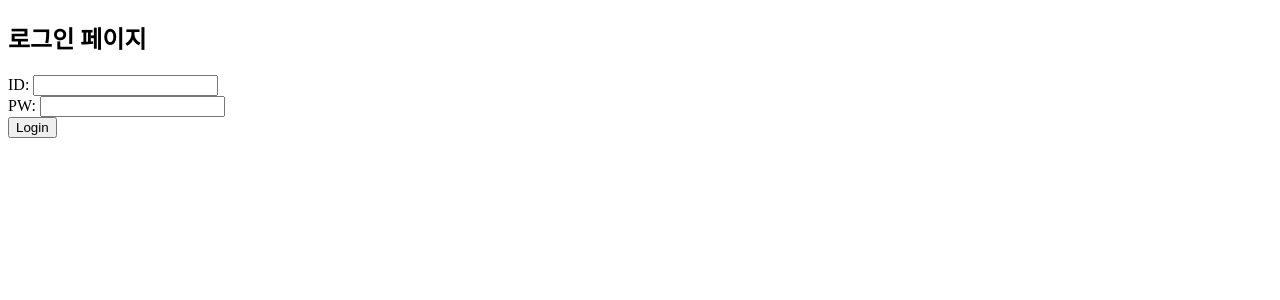
Repository: Jadedvst/Java_JSP-Servlet
Page: http://localhost/MustHaveJSP/JSMission/mission7/BoardLoginSession/LoginForm.jsp
The author's editor kept a copy of each file at every save. The page is drawn from the files as they stood at one save, then again after the next save.
The browser window is 1280 px wide. The pictures show the whole page.
The page is served by Tomcat 10.

Above is the page before, as saved 2023-12-15 06:58:13.

After the next save:
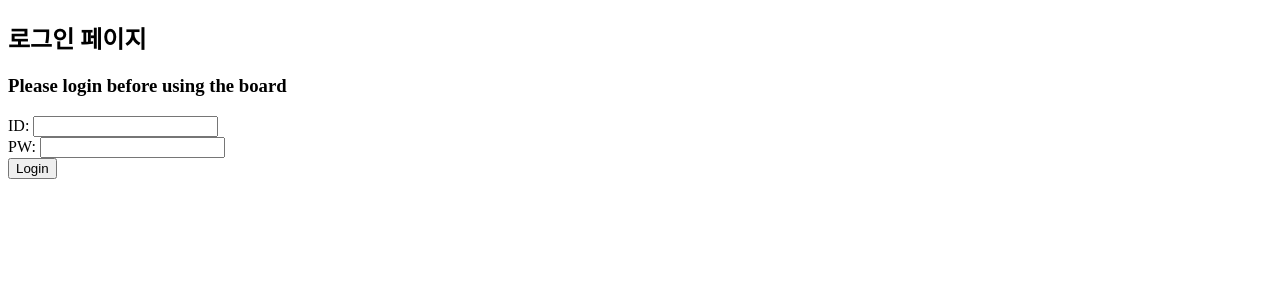
Saved 5 min 36 s later.
--- a/MustHaveJSP/src/main/webapp/JSMission/mission7/BoardLoginSession/LoginForm.jsp
+++ b/MustHaveJSP/src/main/webapp/JSMission/mission7/BoardLoginSession/LoginForm.jsp
@@ -14,10 +14,10 @@
 	</span>
 	<%
 	//Login check
-	if (session.getAttribute("UserId")==null){ //session:내장객체
-/* 	if (session.getAttribute("member")==null){ */
+	if (session.getAttribute("member")==null){
 
 	%>	<!-- LOGOUT MODE -->
+		<h3>Please login before using the board</h3>
 		<script>
 		function validateForm(form){
 			if(!form.user_id.value){
